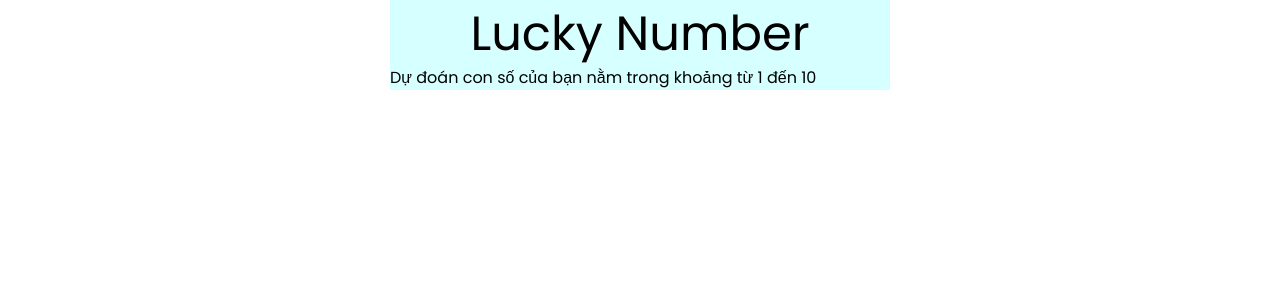
Repository: whis16720/PhuNguyen-C4EJS-D15
Page: index.html
An editor plug-in stored every save of this project. The page is shown before and after a run of saves, followed by the edit.
The browser window is 1280 px wide. The pictures show the whole page.
The style sheet was rebuilt from its Sass, Less or Tailwind sources for each picture, by a compiler version that may differ from the author's.

Above is the page before, as saved 2020-09-22 19:30:39.

After the next 3 saves:
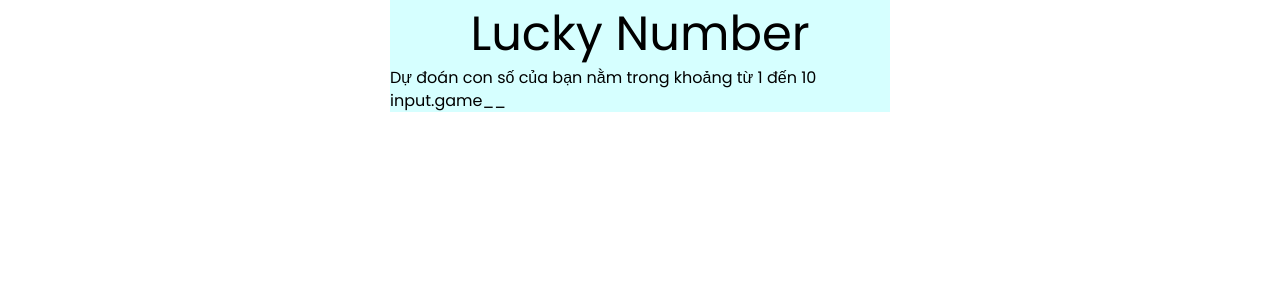
The 3 saves are shown as one change because they came seconds apart.
The last was saved 9 s later.
--- a/index.html
+++ b/index.html
@@ -13,7 +13,7 @@
 	<div class="game">
 		<h1 class="game__name">Lucky Number</h1>
 		<p class="game__details">Dự đoán con số của bạn nằm trong khoảng từ 1 đến 10</p>
-
+		input.game__
 	</div>
 </body>
 </html>
